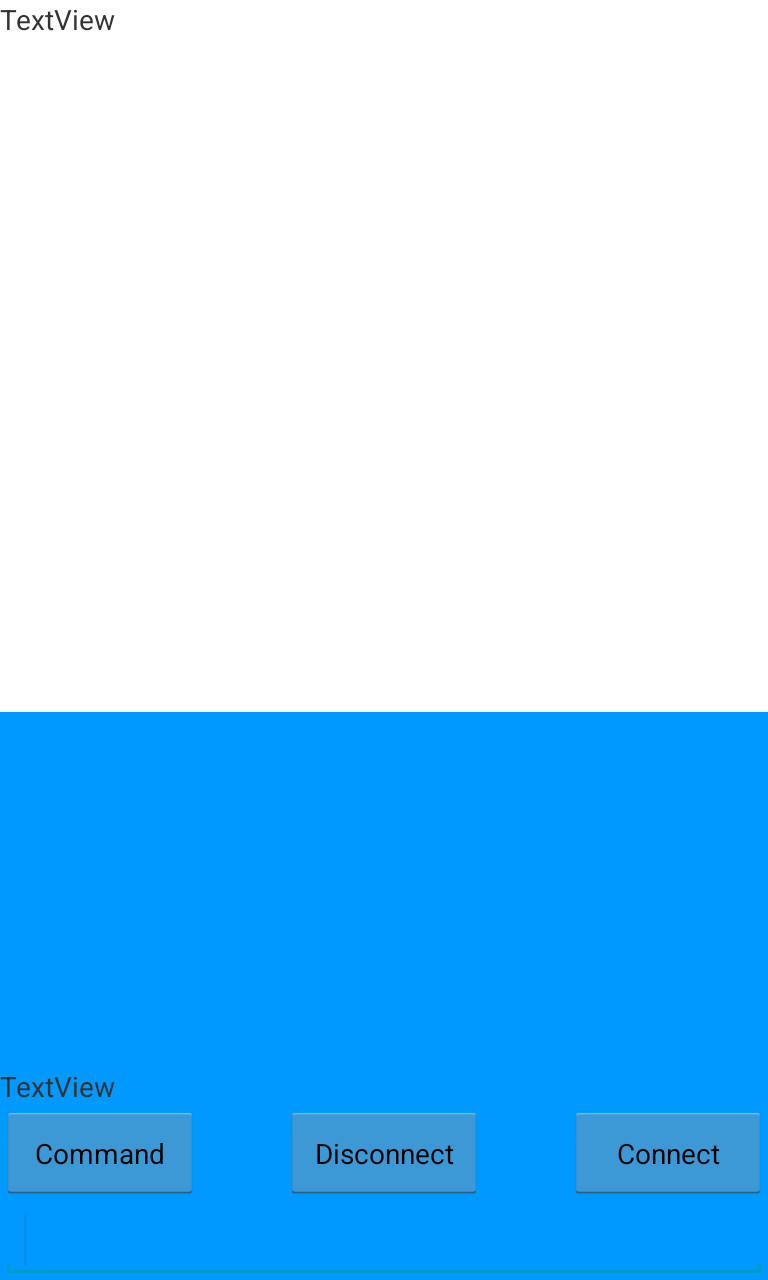
Repository: Clonedpirate/BtSshPwnPI
Layout: HackDroid/res/layout/terminal.xml
These files come from the project's save history. The layout is drawn as it stood at one moment and after the next save; the edit follows.
It is drawn on a 768 x 1280 px phone screen (xhdpi) without system bars, with theme AppTheme; the app's code is not run.

Above is the layout before, as saved 2014-06-19 16:35:34.

After the next save:
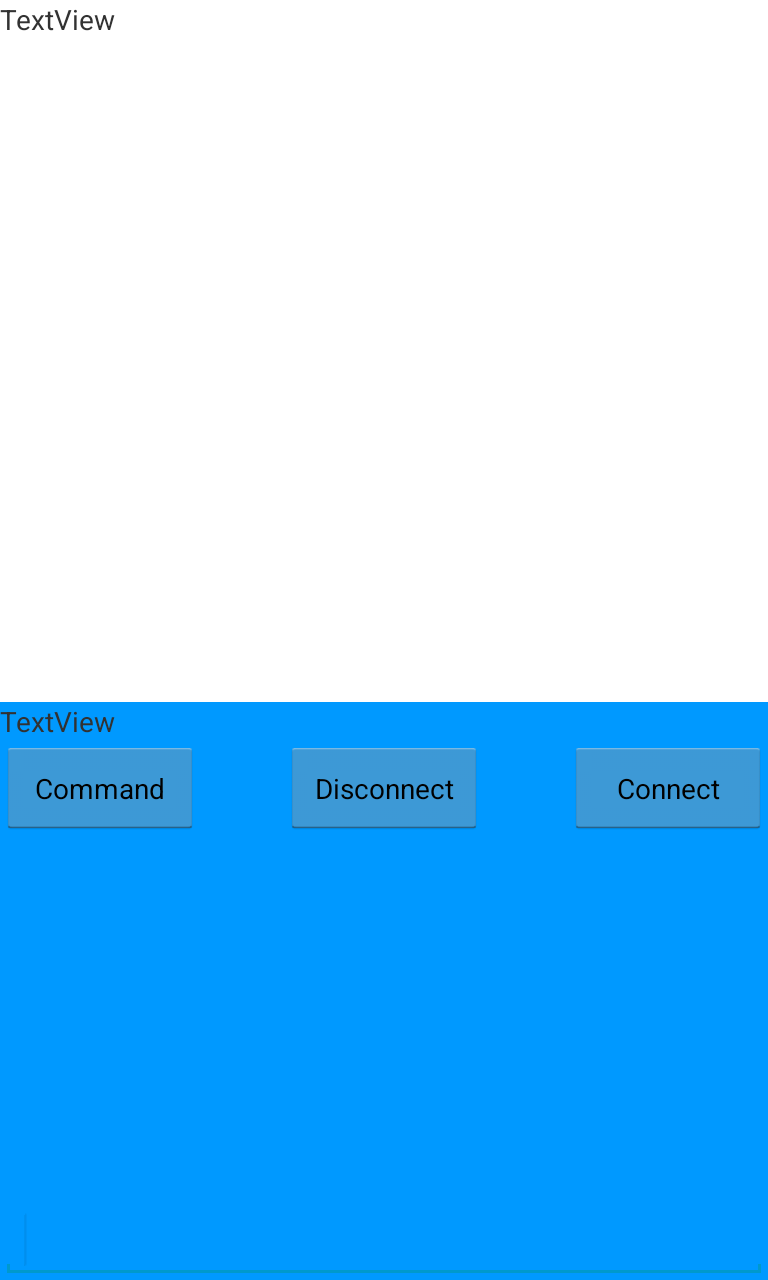
Saved 92 s later.
--- a/HackDroid/res/layout/terminal.xml
+++ b/HackDroid/res/layout/terminal.xml
@@ -4,31 +4,22 @@
     android:layout_height="match_parent"
     android:orientation="vertical" >
 
- <ScrollView
-     android:id="@+id/scrollView1"
-     android:layout_width="wrap_content"
-     android:layout_height="wrap_content"
-     android:layout_above="@+id/IPtext"
-     android:layout_alignParentLeft="true"
-     android:layout_alignParentRight="true"
-     android:layout_alignParentTop="true" >
+    <TextView
+        android:background="@color/white"
+        android:id="@+id/terminal"
+        android:layout_width="match_parent"
+        android:layout_height="351dp"
+        android:layout_alignParentLeft="true"
+        android:layout_alignParentTop="true"
+        android:text="TextView" />
 
-        <LinearLayout
-            android:layout_width="match_parent"
-            android:layout_height="match_parent"
-            android:orientation="vertical" >
-
-            <TextView
-                android:id="@+id/terminal"
-                android:layout_width="match_parent"
-                android:layout_height="356dp"
-                android:layout_alignParentLeft="true"
-                android:layout_alignParentTop="true"
-                android:background="@color/white"
-                android:text="TextView" />
-
-        </LinearLayout>
-    </ScrollView>
+    <TextView
+        android:id="@+id/IPtext"
+        android:layout_width="wrap_content"
+        android:layout_height="wrap_content"
+        android:layout_alignParentLeft="true"
+        android:layout_below="@+id/terminal"
+        android:text="TextView" />
 
     <EditText
         android:id="@+id/editText1"
@@ -46,36 +37,26 @@
         style="?android:attr/buttonStyleSmall"
         android:layout_width="100dp"
         android:layout_height="wrap_content"
-        android:layout_above="@+id/editText1"
         android:layout_alignParentRight="true"
+        android:layout_below="@+id/IPtext"
         android:text="Connect" />
 
-    <TextView
-        android:id="@+id/IPtext"
-        android:layout_width="wrap_content"
+    <Button
+        android:id="@+id/button2"
+        style="?android:attr/buttonStyleSmall"
+        android:layout_width="100dp"
         android:layout_height="wrap_content"
-        android:layout_above="@+id/button3"
-        android:layout_alignParentLeft="true"
-        android:text="TextView" />
+        android:layout_below="@+id/IPtext"
+        android:layout_centerHorizontal="true"
+        android:text="Disconnect" />
 
     <Button
         android:id="@+id/button3"
         style="?android:attr/buttonStyleSmall"
         android:layout_width="100dp"
         android:layout_height="wrap_content"
-        android:layout_alignBaseline="@+id/button2"
-        android:layout_alignBottom="@+id/button2"
         android:layout_alignParentLeft="true"
+        android:layout_below="@+id/IPtext"
         android:text="Command" />
 
-    <Button
-        android:id="@+id/button2"
-        style="?android:attr/buttonStyleSmall"
-        android:layout_width="100dp"
-        android:layout_height="wrap_content"
-        android:layout_alignBaseline="@+id/button1"
-        android:layout_alignBottom="@+id/button1"
-        android:layout_centerHorizontal="true"
-        android:text="Disconnect" />
-
 </RelativeLayout>
